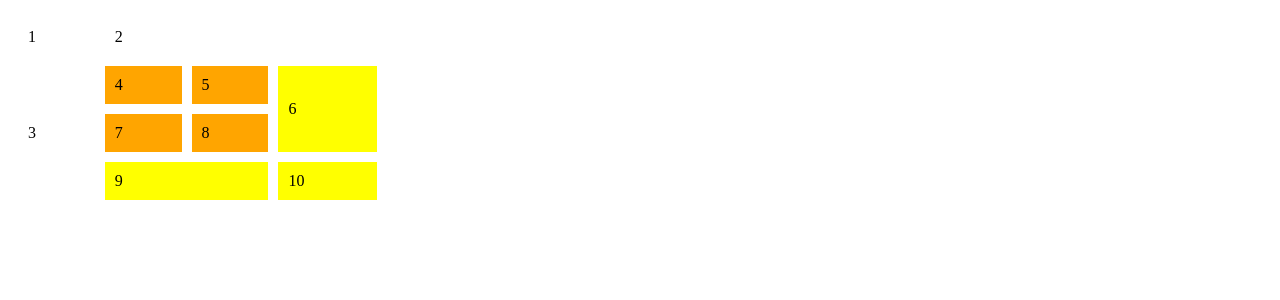
Repository: PhamChiXuan1/HTCNW_tuan3_DHCNTT16C_PhamChiXuan_20030131
Page: bt6.html
An editor plug-in stored every save of this project. The page is shown before and after the next save, followed by the edit.
The browser window is 1280 px wide. The pictures show the whole page.

Above is the page before, as saved 2022-02-26 22:29:20.

### bt6.html
<!DOCTYPE html>
<html lang="en">
<head>
    <meta charset="UTF-8">
    <meta http-equiv="X-UA-Compatible" content="IE=edge">
    <meta name="viewport" content="width=device-width, initial-scale=1.0">
    <title>Document</title>
</head>
<body>
    <table style="border: 1px; " cellSpacing="10" cellPadding="10" width="30%" >
      <tr>
        <td>1</td>
        <td colspan="3">2</td>
      </tr>
      <tr>
        <td rowspan="3" >3</td>
        <td bgcolor="orange" >4</td>
        <td bgcolor="orange">5</td>
        <td bgcolor="yellow" rowspan="2" colspan="2">6</td>
      </tr>
      <tr>
        <td bgcolor="orange" >7</td>
        <td bgcolor="orange">8</td>
      </tr>
      <tr>
        <td colspan="2" bgcolor="yellow">9</td>
        <td bgcolor="yellow">10</td>
      </tr>
    </Table>
</body>
</html>

After the next save:
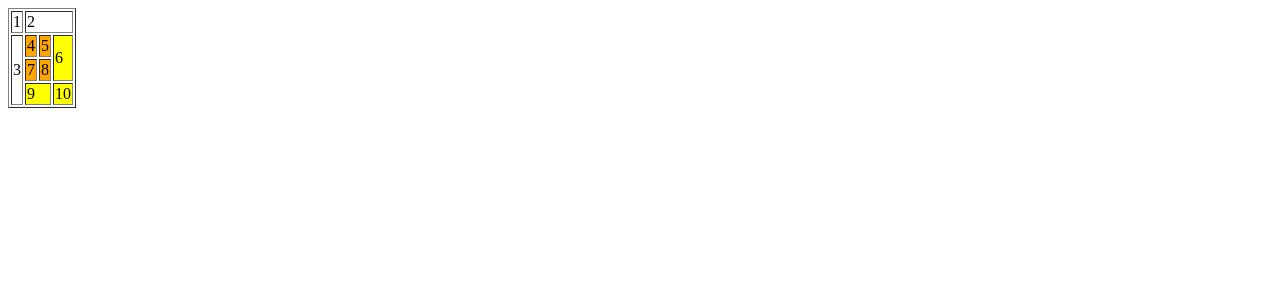
Saved 2 min 36 s later.
--- a/bt6.html
+++ b/bt6.html
@@ -7,7 +7,7 @@
     <title>Document</title>
 </head>
 <body>
-    <table style="border: 1px; " cellSpacing="10" cellPadding="10" width="30%" >
+    <table border="1" >
       <tr>
         <td>1</td>
         <td colspan="3">2</td>
